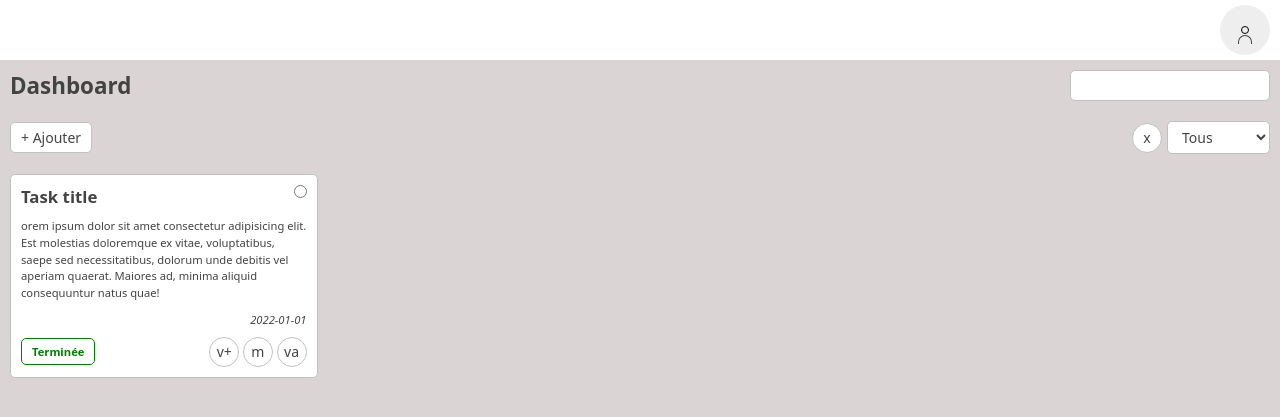
Repository: zpaulange/task_manager
Page: dashboard/index.html
These files come from the project's save history. The page is drawn as it stood at one moment and after the next save; the edit follows.
The browser window is 1280 px wide. The pictures show the whole page.

Above is the page before, as saved 2025-03-06 16:56:52.

### dashboard/index.html
<!DOCTYPE html>
<html lang="en">
<head>
    <meta charset="UTF-8">
    <meta name="viewport" content="width=device-width, initial-scale=1.0">
    <link rel="stylesheet" href="../assets/styles/dashboard/style.css">
    <title>Document</title>
</head>
<body>
  <section class="dashboard">
    <div class="dashboard_right">
      <nav class="dashbaord_nav">
        <a href="#" class="dashbaord_nav_avatar">
          <span></span>
        </a>
      </nav>
      <main class="main">
        <div class="main_header">
          <h1 class="main_header_title">Dashboard</h1>
          <input type="search" name="search" class=" main_header_search" style="width:200px">
        </div>
        <div class="main_header_actions">
          <div class="main_header_actions_left">
            <button class="main_header_actions_btn" id="addTask">+ Ajouter</button>
          </div>
          <div class="main_header_actions_right">
            <button class="main_header_actions_right_btnDel rounded-btn del">x</button>
            <select name="filter" class="main_header_actions_right_filter" id="">
              <option value="0">Tous</option>
              <option value="1">En cours</option>
              <option value="2">Annulés</option>
              <option value="3">Terminés</option>
            </select>
          </div>
        </div>
        <section class="main-task">
          <div class="main-task__content">
            <div class="main-task__content-item">
              <div class="main-task__content-item__title">
                Task title
              </div>
              <p class="main-task__content-item__desc">
                orem ipsum dolor sit amet consectetur adipisicing elit. Est molestias doloremque ex vitae, voluptatibus, saepe sed necessitatibus, dolorum unde debitis vel aperiam quaerat. Maiores ad, minima aliquid consequuntur natus quae!
              </p>
              <div class="main-task__content-item__date">
                2022-01-01
              </div>
              <div class="main-task__content-item__actions">
                <span class="main-task__content-item__actions_status completed">
                  Terminée
                </span>
                <div>
                  <button class="rounded-btn see-more">v+</button>
                  <button class="rounded-btn modify">m</button>
                  <button class="rounded-btn validate">va</button>
                </div>
              </div>
              <input type="radio" name="checkTask" class="checkTask" id="checkTask">
            </div>
          </div>
          <!-- <section class="box box-center">
            <h1>Aucune tache disponible...</h1>
          </section> -->

        </section>
      </main>
    </div>
  </section>

  <!-- Modal -->
  <div class="modal" id="taskModal">
    <div class="modal-container">
      <h2 class="modal_title">Ajouter une tache</h2>
      <form action="#" class="form">
        <div class="form_item">
          <label for="taskTitle" class="">Titre</label>
          <input type="text">
        </div>
        <div class="form_item">
          <label for="taskDescription" class="">Description</label>
          <textarea></textarea>
        </div>
        <div class="form_item">
          <label for="taskDate" class="">Date limite</label>
          <input type="date">
        </div>
        <div class="form_item-btn">
          <button id="closeModal">Annuler</button>
          <button type="submit">Ajouter</button>
        </div>
      </form>
    </div>
  </div>

  <script src="../assets/js/script.js"></script>
</body>
</html>

### assets/styles/dashboard/style.css
*{
  margin:0;
  padding:0;
  box-sizing: border-box;
  position:relative;
  font-family: system-ui, sans-serif;
  font-size: 14px;
  color:#434343;
}
body{
  overflow-x: hidden;
}
a{
  text-decoration: none;
}
a:active, a:hover{
  color:#434343;
}
img{
  width: 100%;
  height: auto;
}
ul li{
  list-style: none;
}
input[type="search"],
input[type="text"],
input[type="date"], textarea{
  padding:5px 10px;
  border-radius:5px;
  border:1px solid silver;
  display: block;
  width: 100%;
}
input:focus, select:focus, textarea:focus{
  outline: none;
}

.dashboard{
  min-height: 100vh;
  background-color: #dbd4d4;
}

.dashboard_right{
  min-height: 100vh;
}
.dashbaord_nav{
  background-color: #fff;
  padding:5px 10px;
  display: flex;
  align-items:center;
  justify-content: flex-end;
  z-index: 1000;
  position: sticky;
  top:0;
  left:0;
}
.dashbaord_nav_avatar{
  display: flex;
  align-items: center;
  justify-content: center;
  height:50px;
  width: 50px;
  border-radius:50%;
  background-color: #eee;

}
.dashbaord_nav_avatar span{
  display: inline-block;
  height: 8px;
  width: 8px;
  border-radius:50%;
  border:1px solid #000
}
.dashbaord_nav_avatar span:before{
  content:'';
  position: absolute;
  height: 8px;
  width: 12px;
  border:1px solid;
  left:50%;
  transform: translateX(-50%);
  top:8px;
  border-bottom: none;
  border-top-left-radius: 10px;
  border-top-right-radius: 10px;
}

.main{
  padding:10px;
}
.main_header_title{
  font-size: 1.6rem;
}
.box{
  min-height: calc(100vh - 180px);
  background-color: #fff;
  border-radius:5px;
  padding:10px;
  margin-top:20px
}
.box.box-center{
  display: flex;
  align-items:center;
  justify-content: center;
}

.main_header{
  display: flex;
  justify-content: space-between;
  align-items:center;
  margin-bottom:20px;
}
.main_header_actions{
  display: flex;
  justify-content: space-between;
  align-items:center;
}
.main_header_actions_btn{
  padding:5px 10px;
  border-radius:5px;
  border:1px solid silver;
  background-color: #fff;
  cursor: pointer;
  transition: .2s;
}
.main_header_actions_btn:hover{
  background-color:blue;
  color:#fff;
}
.main_header_actions_right{
  display: flex;
  align-items:center;
  gap:5px;
}
.rounded-btn{
  border-radius:50%;
  border:1px solid silver;
  background-color: #fff;
  cursor: pointer;
  transition: .2s;
  cursor:pointer;
  width: 30px;
  height: 30px;
}
.rounded-btn.del:hover{
  background-color:red;
  color:#fff;
}
.rounded-btn.see-more:hover{
  background-color:blue;
  color:#fff;
}
.rounded-btn.modify:hover{
  background-color:rgb(172, 172, 14);
  color:#fff;
}
.rounded-btn.validate:hover{
  background-color:green;
  color:#fff;
}
.main_header_actions_right_filter{
  padding:5px 10px;
  border-radius:5px;
  border:1px solid silver;
  background-color: #fff;
}

.main-task__content{
  margin-top:20px;
  display: grid;
  grid-template-columns: repeat(auto-fill, minmax(300px, 1fr));
  gap:10px
}
.main-task__content-item{
  background-color:#fff;
  padding:10px;
  border-radius:5px;
  border:1px solid silver
}
.main-task__content-item__title{
  font-size: 1.2rem;
  font-weight: 600;
  padding-right:30px;
}
.main-task__content-item__desc{
  font-size: .8rem;
  line-height: 1.2rem;
  margin-top:10px;
  margin-bottom:10px;
}
.main-task__content-item__date{
  font-size: .8rem;
  text-align: right;
  font-style: italic;
}

.main-task__content-item__actions{
  display: flex;
  justify-content: space-between;
  align-items:center;
  margin-top:10px;
}
.main-task__content-item__actions_status, .form_item-btn button{
  padding:5px 10px;
  border-radius:5px;
  background-color: #fff;
  border:1px solid silver;
  font-size: .8rem;
  font-weight: 600;
}
.main-task__content-item__actions_status.canceled{
  color:red;
  border-color:red;
}
.main-task__content-item__actions_status.pending{
  color:blue;
  border-color:blue;
}
.main-task__content-item__actions_status.completed{
  color:green;
  border-color:green;
}
.checkTask{
  position:absolute;
  top:10px;
  right:10px;
}
.modal{
  position: fixed;
  top:50%;
  left:50%;
  transform: translate(-50%, -50%) scale(0);
  width: 100%;
  height: 100vh;
  background-color: rgba(0, 0, 0, .5);
  display: flex;
  justify-content: center;
  align-items: center;
  z-index: 9999;
  transition:.5s;
}
.modal.active{
  transform: translate(-50%, -50%) scale(1);
}
.modal_title{
  font-size: 1.2rem;
  font-weight: 600;
  margin-bottom:25px;
}
.modal-container{
  background-color: #fff;
  padding:10px;
  border-radius:5px;
  border:1px solid silver;
}

.form_item{
  margin-bottom:20px;
}
.form_item label{
  margin-bottom:3px;
}
.form_item-btn{
  margin-top:10px;
  display: flex;
  justify-content: flex-end;
  gap:10px;

}
.form_item-btn button:hover{
  background-color:blue;
  color:#fff;
  cursor:pointer
}

### assets/js/script.js
const addNewTask = document.querySelector('#addTask')
const addNewTaskModal = document.querySelector('#taskModal')
const closeModal = document.querySelector('#closeModal')

addNewTask.addEventListener('click', (e) => {
  e.preventDefault()
  addNewTaskModal.classList.add('active')
})

closeModal.addEventListener('click', (e) => {
  e.preventDefault()
  addNewTaskModal.classList.remove('active')
})

After the next save:
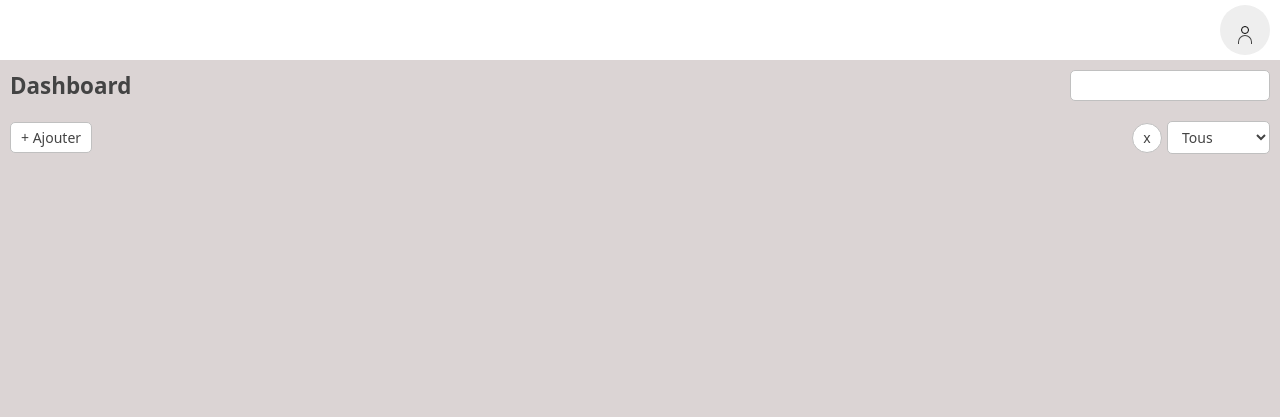
Saved 75 s later.
--- a/dashboard/index.html
+++ b/dashboard/index.html
@@ -35,7 +35,7 @@
         </div>
         <section class="main-task">
           <div class="main-task__content">
-            <div class="main-task__content-item">
+            <!-- <div class="main-task__content-item">
               <div class="main-task__content-item__title">
                 Task title
               </div>
@@ -56,7 +56,7 @@
                 </div>
               </div>
               <input type="radio" name="checkTask" class="checkTask" id="checkTask">
-            </div>
+            </div> -->
           </div>
           <!-- <section class="box box-center">
             <h1>Aucune tache disponible...</h1>
